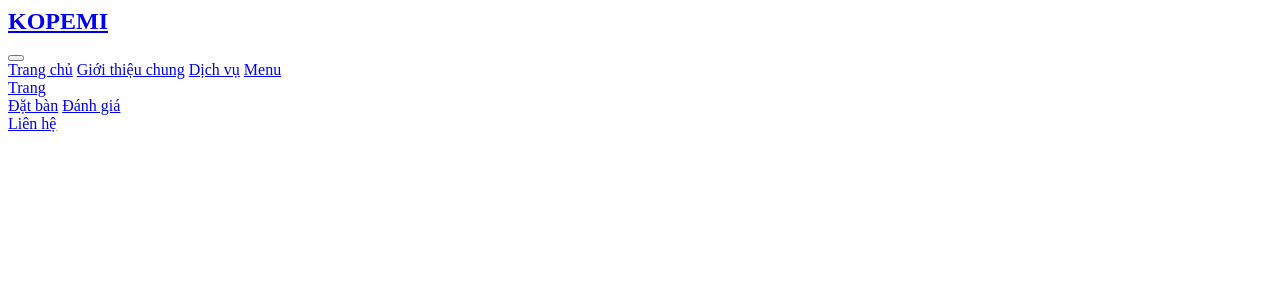
Repository: nguyenvanlinh1105/Simple-cafe-management
Page: http://localhost/cafe/common/web/header.jsp
The author's editor kept a copy of each file at every save. The page is drawn from the files as they stood at one save, then again after the next save.
The browser window is 1280 px wide. The pictures show the whole page.
The page is served by Tomcat 9. Nobody is signed in. The application's start-up code is not run.

Above is the page before, as saved 2024-05-19 07:56:25.

After the next save:
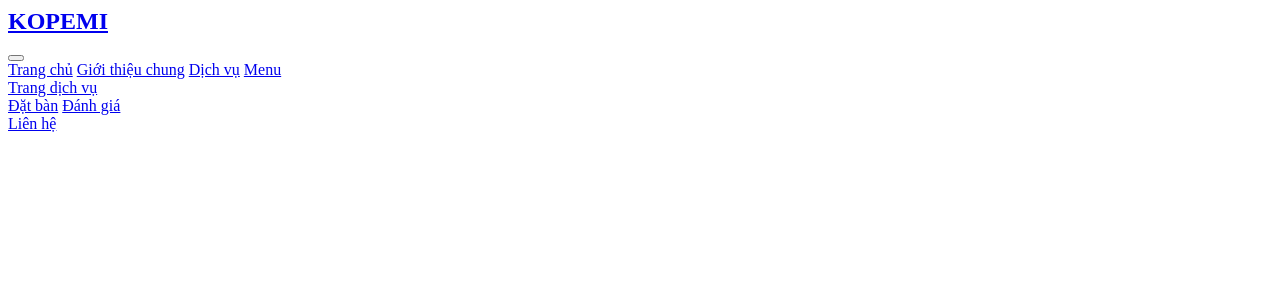
Saved 29 s later.
--- a/BaiTapTHJVA/cafe/src/main/webapp/common/web/header.jsp
+++ b/BaiTapTHJVA/cafe/src/main/webapp/common/web/header.jsp
@@ -15,10 +15,10 @@
                     <a href="service.html" class="nav-item nav-link">Dịch vụ</a>
                     <a href="<c:url value='/DatDoUong'/>"  class="nav-item nav-link">Menu</a>
                     <div class="nav-item dropdown">
-                        <a href="#" class="nav-link dropdown-toggle" data-toggle="dropdown">Trang</a>
+                        <a href="#" class="nav-link dropdown-toggle" data-toggle="dropdown">Trang dịch vụ</a>
                         <div class="dropdown-menu text-capitalize">
                             <a href="<c:url value='/DatDoUong'/>"class="dropdown-item">Đặt bàn</a>
-                            <a href="testimonial.html" class="dropdown-item">Đánh giá</a>
+                            <a href="<c:url value='/DatDoUong'/>" class="dropdown-item">Đánh giá</a>
                         </div>
                     </div>
                     <a href="contact.html" class="nav-item nav-link">Liên hệ</a>
